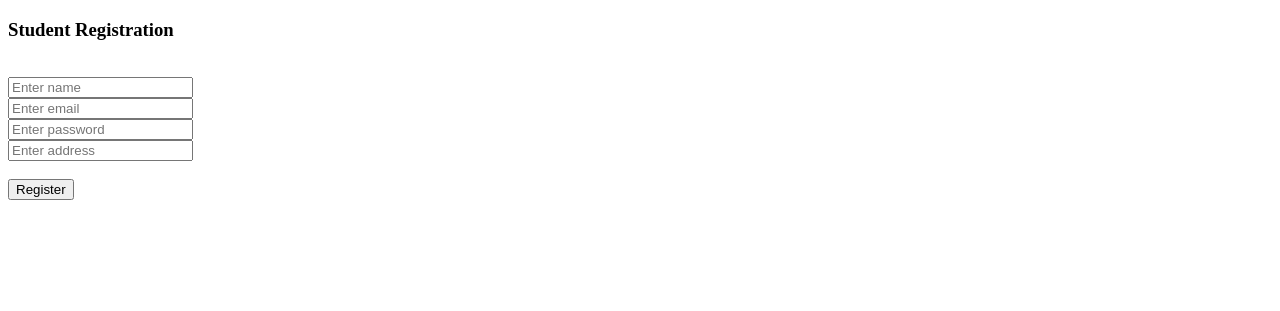
Repository: shubham71099/jdbc_mvc
Page: mvcjdbcexam/src/main/webapp/register.html
These files come from the project's save history. The page is drawn as it stood at one moment and after the next save; the edit follows.
The browser window is 1280 px wide. The pictures show the whole page.

Above is the page before, as saved 2024-06-02 08:03:51.

After the next save:
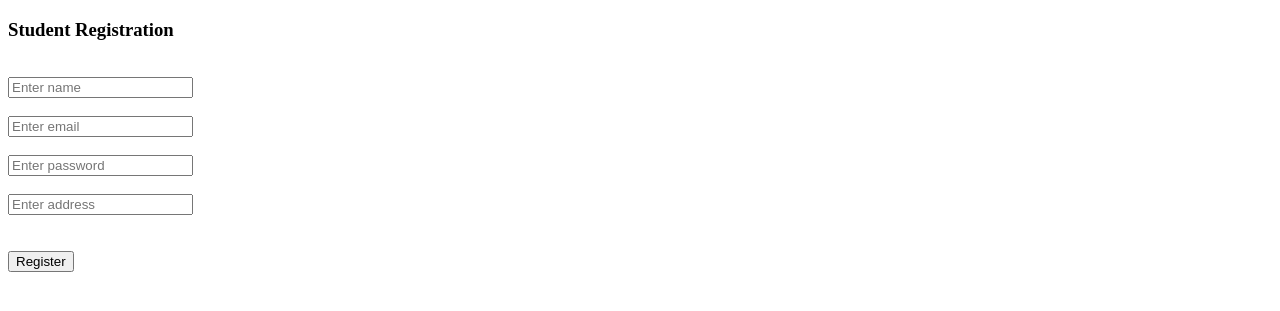
Saved 2 min 11 s later.
--- a/mvcjdbcexam/src/main/webapp/register.html
+++ b/mvcjdbcexam/src/main/webapp/register.html
@@ -7,10 +7,10 @@
 <body>
 	<h3>Student Registration </h3><br>
 	<form action="" method="post">
-		<input type="text" name="name" placeholder="Enter name"><br>
-		<input type="text" name="email" placeholder="Enter email"><br>
-		<input type="password" name="password" placeholder="Enter password"><br>
-		<input type="text" name="address" placeholder="Enter address"><br><br>
+		<input type="text" name="name" placeholder="Enter name"><br><br>
+		<input type="text" name="email" placeholder="Enter email"><br><br>
+		<input type="password" name="password" placeholder="Enter password"><br><br>
+		<input type="text" name="address" placeholder="Enter address"><br><br><br>
 		<input type="submit" value="Register">
 
 	</form>
